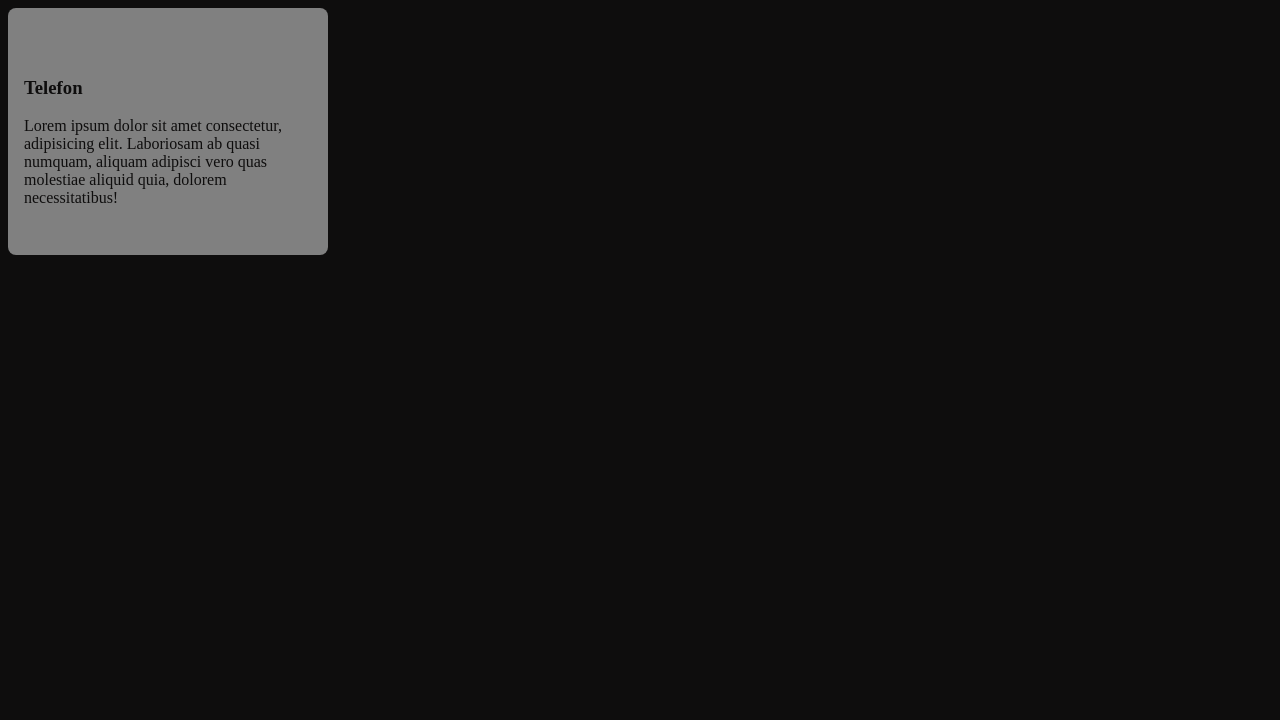
Repository: liviamucioniu/Coffee-Shop-Website
Page: index.html
The author's editor kept a copy of each file at every save. The page is drawn from the files as they stood at one save, then again after the next save.
The browser window is 1280 px wide. The pictures show the whole page.

Above is the page before, as saved 2023-10-19 23:36:03.

### index.html
<!DOCTYPE html>
<html lang="en">
    <head>
        <meta charset="UTF-8" />
        <meta name="viewport" content="width=device-width, initial-scale=1.0" />
        <title>Document</title>
        <link rel="stylesheet" href="styles.css" />
        <script defer src="script.js"></script>
    </head>
    <body>
        <div class="product-card">
            <img class="product-image" src="" alt="" />
            <h3 class="product-name">Telefon</h3>
            <p class="product-description">
                Lorem ipsum dolor sit amet consectetur, adipisicing elit.
                Laboriosam ab quasi numquam, aliquam adipisci vero quas
                molestiae aliquid quia, dolorem necessitatibus!
            </p>
        </div>
    </body>
</html>

### styles.css
body {
    background-color: #0e0d0d;
    color: #0e0d0d;
}

.product-card {
    border-radius: 0.5rem;
    max-width: 18rem;
    background-color: gray;
    padding: 2rem 1rem;
}

.product-image {
    max-width: 100%;
}

### script.js
// const title = document.getElementById("title");
// console.log(title);
// title.classList.add("main");

After the next save:
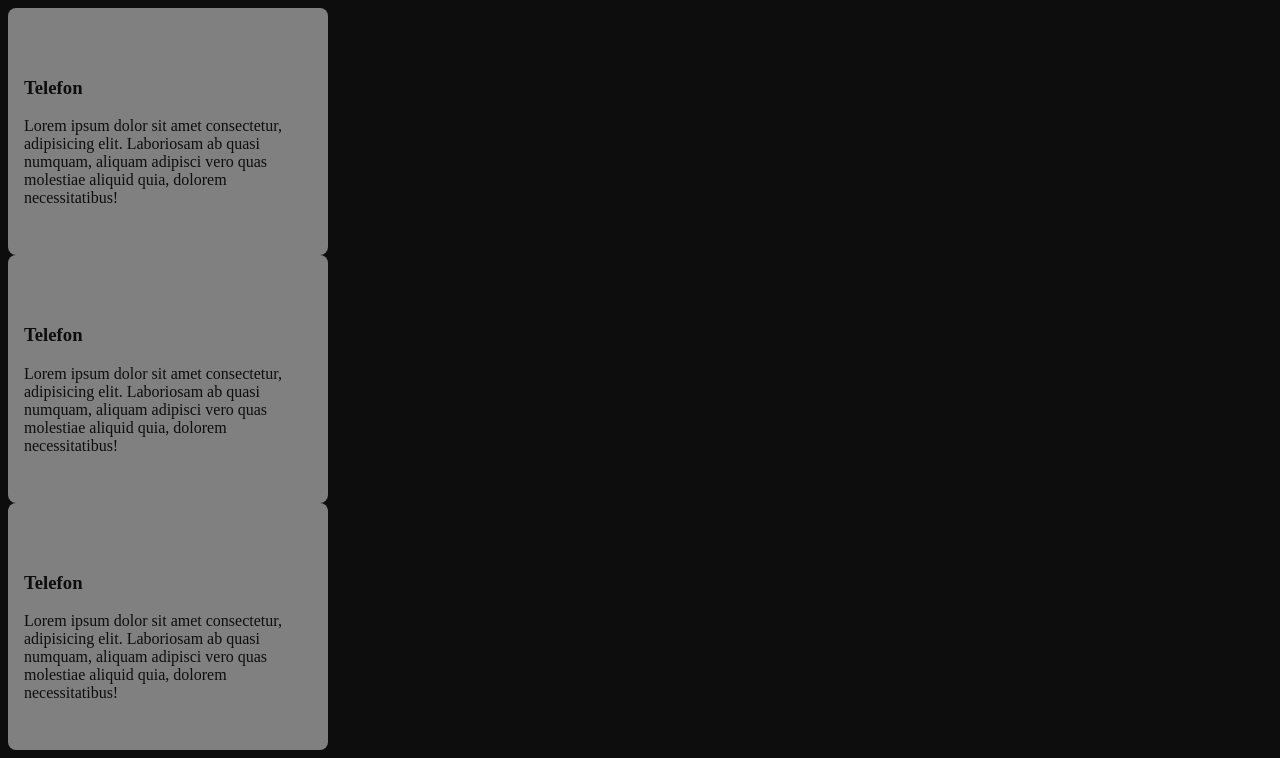
Saved 52 s later.
--- a/index.html
+++ b/index.html
@@ -17,5 +17,25 @@
                 molestiae aliquid quia, dolorem necessitatibus!
             </p>
         </div>
+
+        <div class="product-card">
+            <img class="product-image" src="" alt="" />
+            <h3 class="product-name">Telefon</h3>
+            <p class="product-description">
+                Lorem ipsum dolor sit amet consectetur, adipisicing elit.
+                Laboriosam ab quasi numquam, aliquam adipisci vero quas
+                molestiae aliquid quia, dolorem necessitatibus!
+            </p>
+        </div>
+
+        <div class="product-card">
+            <img class="product-image" src="" alt="" />
+            <h3 class="product-name">Telefon</h3>
+            <p class="product-description">
+                Lorem ipsum dolor sit amet consectetur, adipisicing elit.
+                Laboriosam ab quasi numquam, aliquam adipisci vero quas
+                molestiae aliquid quia, dolorem necessitatibus!
+            </p>
+        </div>
     </body>
 </html>
